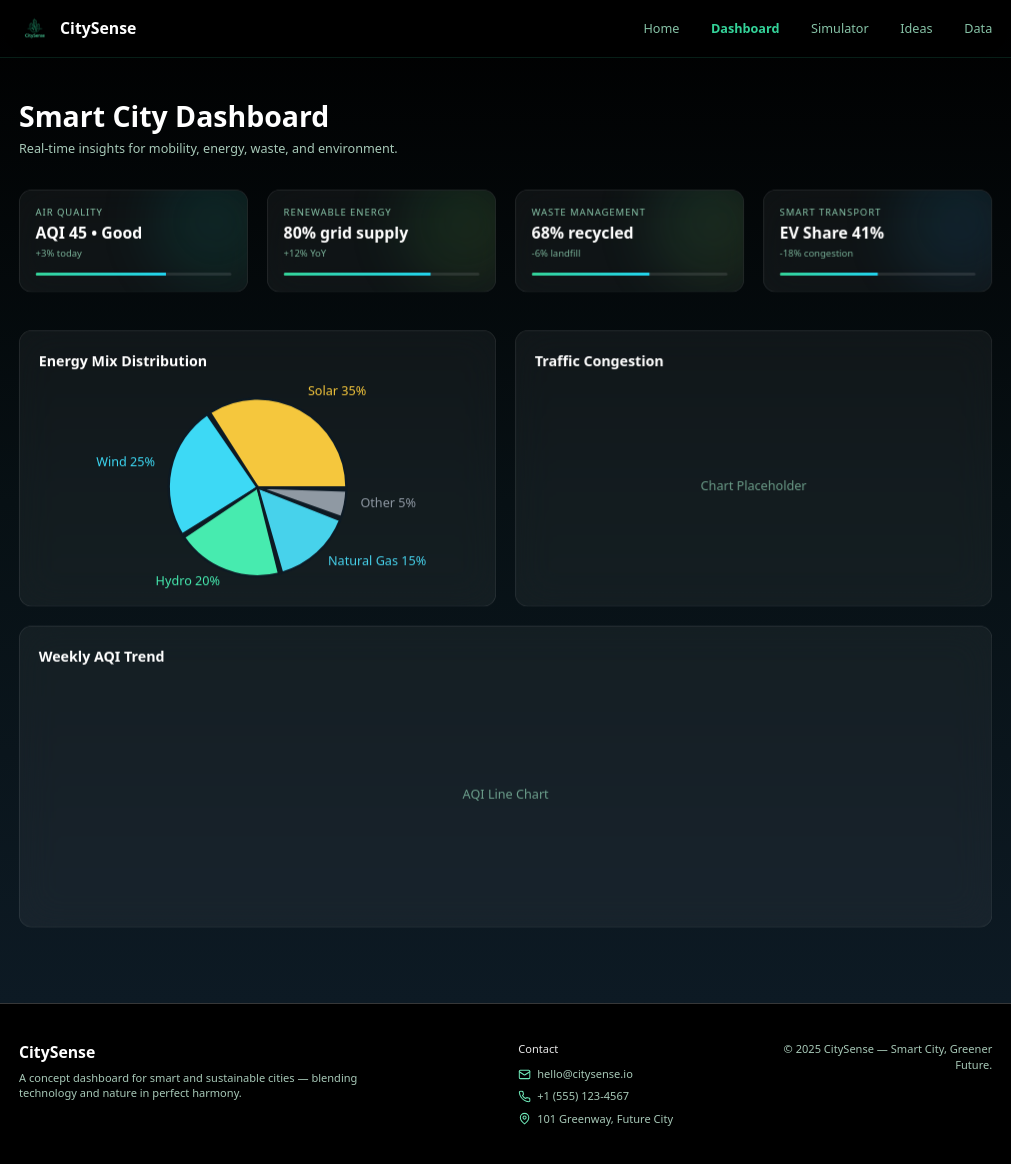
Repository: crashyet/CitySense
Page: /dashboard
The author's editor kept a copy of each file at every save. The page is drawn from the files as they stood at one save, then again after the next save.
The browser window is 1280 px wide. The pictures show the whole page, at 79% of full size.
The project was rebuilt for these pictures with package versions that can differ from the ones it lists, and the page was loaded fresh each time. Also part of the build but not shown: vite.config.js, src/pages/landing/Hero.jsx, src/pages/landing/DashboardPreview.jsx, src/pages/landing/Infographic.jsx, src/pages/landing/Community.jsx, src/pages/landing/index.jsx, src/pages/Simulator/index.jsx, src/pages/Ideas/index.jsx and 1 more.

Above is the page before, as saved 2025-11-16 23:15:56.

### src/App.jsx
import { Routes, Route } from "react-router-dom";

import Landing from "./pages/landing";
import Dashboard from "./pages/Dashboardpack";
import Simulator from "./pages/Simulator";
import Ideas from "./pages/Ideas";
import DataPage from "./pages/Data";

export default function App() {
  return (
    <Routes>
      <Route path="/" element={<Landing />} />
      <Route path="/dashboard" element={<Dashboard />} />
      <Route path="/simulator" element={<Simulator />} />
      <Route path="/ideas" element={<Ideas />} />
      <Route path="/data" element={<DataPage />} />
    </Routes>
  );
}

### src/pages/Dashboardpack/index.jsx
import Navbar from "../../components/Navbar";
import Footer from "../../components/Footer";
import EnergyPieChart from "../../components/EnergyPieChart";

export default function Dashboardpack() {
  return (
    <>
      <Navbar />

      <div className="relative w-full bg-gradient-to-b from-black via-[#071014] to-[#0d1a24] text-white pb-24 pt-32">
        <div className="mx-auto max-w-7xl px-6">

          {/* Header */}
          <div className="mb-10">
            <h1 className="text-3xl md:text-4xl font-semibold">Smart City Dashboard</h1>
            <p className="text-emerald-100/80 mt-2">
              Real-time insights for mobility, energy, waste, and environment.
            </p>
          </div>

          {/* Top Stats */}
          <div className="grid grid-cols-1 md:grid-cols-2 lg:grid-cols-4 gap-6 mb-12">

            {/* CARD 1 */}
            <div className="group relative overflow-hidden rounded-2xl border border-white/10 bg-white/5 p-5 backdrop-blur-xl transition hover:border-emerald-300/40">
              <div className="absolute -right-10 -top-10 h-40 w-40 rounded-full bg-gradient-to-br
              from-cyan-500/30 to-emerald-500/30 opacity-40 blur-2xl" />

              <div className="relative">
                <p className="text-xs uppercase tracking-widest text-emerald-200/80">Air Quality</p>
                <p className="mt-1 text-xl font-semibold">AQI 45 • Good</p>
                <p className="text-xs text-emerald-200/70 mt-1">+3% today</p>
                <div className="mt-4 h-1 w-full bg-white/10 rounded-full overflow-hidden">
                  <div className="h-full w-2/3 bg-gradient-to-r from-emerald-400 to-cyan-400"></div>
                </div>
              </div>
            </div>

            {/* CARD 2 */}
            <div className="group relative overflow-hidden rounded-2xl border border-white/10 bg-white/5 p-5 backdrop-blur-xl transition hover:border-emerald-300/40">
              <div className="absolute -right-10 -top-10 h-40 w-40 rounded-full bg-gradient-to-br
              from-emerald-500/30 to-lime-400/30 opacity-40 blur-2xl" />

              <div className="relative">
                <p className="text-xs uppercase tracking-widest text-emerald-200/80">Renewable Energy</p>
                <p className="mt-1 text-xl font-semibold">80% grid supply</p>
                <p className="text-xs text-emerald-200/70 mt-1">+12% YoY</p>
                <div className="mt-4 h-1 w-full bg-white/10 rounded-full overflow-hidden">
                  <div className="h-full w-3/4 bg-gradient-to-r from-emerald-400 to-cyan-400"></div>
                </div>
              </div>
            </div>

            {/* CARD 3 */}
            <div className="group relative overflow-hidden rounded-2xl border border-white/10 bg-white/5 p-5 backdrop-blur-xl transition hover:border-emerald-300/40">
              <div className="absolute -right-10 -top-10 h-40 w-40 rounded-full bg-gradient-to-br
              from-teal-400/30 to-lime-400/30 opacity-40 blur-2xl" />

              <div className="relative">
                <p className="text-xs uppercase tracking-widest text-emerald-200/80">Waste Management</p>
                <p className="mt-1 text-xl font-semibold">68% recycled</p>
                <p className="text-xs text-emerald-200/70 mt-1">-6% landfill</p>
                <div className="mt-4 h-1 w-full bg-white/10 rounded-full overflow-hidden">
                  <div className="h-full w-3/5 bg-gradient-to-r from-emerald-400 to-cyan-400"></div>
                </div>
              </div>
            </div>

            {/* CARD 4 */}
            <div className="group relative overflow-hidden rounded-2xl border border-white/10 bg-white/5 p-5 backdrop-blur-xl transition hover:border-emerald-300/40">
              <div className="absolute -right-10 -top-10 h-40 w-40 rounded-full bg-gradient-to-br
              from-cyan-500/30 to-blue-500/30 opacity-40 blur-2xl" />

              <div className="relative">
                <p className="text-xs uppercase tracking-widest text-emerald-200/80">Smart Transport</p>
                <p className="mt-1 text-xl font-semibold">EV Share 41%</p>
                <p className="text-xs text-emerald-200/70 mt-1">-18% congestion</p>
                <div className="mt-4 h-1 w-full bg-white/10 rounded-full overflow-hidden">
                  <div className="h-full w-1/2 bg-gradient-to-r from-emerald-400 to-cyan-400"></div>
                </div>
              </div>
            </div>
          </div>

          {/* 2 Column Charts */}
          <div className="grid grid-cols-1 md:grid-cols-2 gap-6">

            {/* ENERGY DISTRIBUTION */}
            <div className="rounded-2xl border border-white/10 bg-white/5 p-6 backdrop-blur-xl md:col-span-1">
              <h3 className="text-lg font-semibold mb-4">Energy Mix Distribution</h3>

              <div className="h-64">
                <EnergyPieChart />
              </div>
            </div>

            {/* TRAFFIC */}
            <div className="rounded-2xl border border-white/10 bg-white/5 p-6 backdrop-blur-xl">
              <h3 className="text-lg font-semibold mb-4">Traffic Congestion</h3>
              <div className="h-64 flex items-center justify-center text-emerald-200/60">
                Chart Placeholder
              </div>
            </div>

            {/* WEEKLY AQI */}
            <div className="rounded-2xl border border-white/10 bg-white/5 p-6 backdrop-blur-xl md:col-span-2">
              <h3 className="text-lg font-semibold mb-4">Weekly AQI Trend</h3>
              <div className="h-72 flex items-center justify-center text-emerald-200/60">
                AQI Line Chart
              </div>
            </div>

          </div>
        </div>
      </div>

      <Footer />
    </>
  );
}

### src/components/Navbar.jsx
import { NavLink } from "react-router-dom";
import { useState } from "react";
import Logo from "../assets/logo.png"; // sesuaikan path logo

export default function Navbar() {
  const [open, setOpen] = useState(false);

  const linkClass = ({ isActive }) =>
    isActive
      ? "text-emerald-400 font-semibold"
      : "text-emerald-200/80 hover:text-white";

  return (
    <header className="fixed w-full z-50 bg-black/40 backdrop-blur-xl border-b border-emerald-400/20 px-6 py-4">
      <div className="max-w-7xl mx-auto flex justify-between items-center">

        {/* LOGO */}
        <NavLink to="/" className="flex items-center gap-3">
          <img src={Logo} className="w-10 h-10" />
          <span className="text-xl text-white font-semibold">CitySense</span>
        </NavLink>

        {/* DESKTOP NAV */}
        <nav className="hidden md:flex gap-10">
          <NavLink to="/" className={linkClass}>Home</NavLink>
          <NavLink to="/dashboard" className={linkClass}>Dashboard</NavLink>
          <NavLink to="/simulator" className={linkClass}>Simulator</NavLink>
          <NavLink to="/ideas" className={linkClass}>Ideas</NavLink>
          <NavLink to="/data" className={linkClass}>Data</NavLink>
        </nav>

        {/* MOBILE BUTTON */}
        <button className="md:hidden text-white" onClick={() => setOpen(!open)}>
          {open ? "✖" : "☰"}
        </button>
      </div>

      {/* MOBILE NAV */}
      {open && (
        <div className="md:hidden bg-black/60 backdrop-blur-lg px-6 pb-4 flex flex-col gap-3">
          <NavLink onClick={() => setOpen(false)} to="/" className="text-white">Home</NavLink>
          <NavLink onClick={() => setOpen(false)} to="/dashboard" className="text-white">Dashboard</NavLink>
          <NavLink onClick={() => setOpen(false)} to="/simulator" className="text-white">Simulator</NavLink>
          <NavLink onClick={() => setOpen(false)} to="/ideas" className="text-white">Ideas</NavLink>
          <NavLink onClick={() => setOpen(false)} to="/data" className="text-white">Data</NavLink>
        </div>
      )}
    </header>
  );
}

### src/components/Footer.jsx
import React from "react";

const Footer = () => {
  return (
    <footer id="contact" className="relative w-full bg-black text-white">
      <div className="mx-auto max-w-7xl px-6 py-12">

        <div className="grid grid-cols-1 gap-8 md:grid-cols-4">

          {/* Brand */}
          <div className="col-span-2">
            <h4 className="text-xl font-semibold">CitySense</h4>
            <p className="mt-2 max-w-md text-sm text-emerald-100/80">
              A concept dashboard for smart and sustainable cities — blending
              technology and nature in perfect harmony.
            </p>
          </div>

          {/* Contact */}
          <div>
            <p className="text-sm font-medium text-white/90">Contact</p>
            <ul className="mt-3 space-y-2 text-sm text-emerald-100/80">

              <li className="flex items-center gap-2">
                <svg xmlns="http://www.w3.org/2000/svg" width="24" height="24"
                  viewBox="0 0 24 24" fill="none" stroke="currentColor"
                  strokeWidth="2" strokeLinecap="round" strokeLinejoin="round"
                  className="lucide lucide-mail h-4 w-4 text-emerald-300">
                  <rect width="20" height="16" x="2" y="4" rx="2"></rect>
                  <path d="m22 7-8.97 5.7a1.94 1.94 0 0 1-2.06
                    0L2 7"></path>
                </svg>
                hello@citysense.io
              </li>

              <li className="flex items-center gap-2">
                <svg xmlns="http://www.w3.org/2000/svg" width="24" height="24"
                  viewBox="0 0 24 24" fill="none" stroke="currentColor"
                  strokeWidth="2" strokeLinecap="round" strokeLinejoin="round"
                  className="lucide lucide-phone h-4 w-4 text-emerald-300">
                  <path d="M22 16.92v3a2 2 0 0 1-2.18
                    2 19.79 19.79 0 0 1-8.63-3.07 19.5
                    19.5 0 0 1-6-6 19.79 19.79 0 0
                    1-3.07-8.67A2 2 0 0 1 4.11 2h3a2
                    2 0 0 1 2 1.72 12.84 12.84 0 0
                    0 .7 2.81 2 2 0 0 1-.45
                    2.11L8.09 9.91a16 16 0 0 0 6
                    6l1.27-1.27a2 2 0 0 1 2.11-.45
                    12.84 12.84 0 0 0 2.81.7A2
                    2 0 0 1 22 16.92z"></path>
                </svg>
                +1 (555) 123-4567
              </li>

              <li className="flex items-center gap-2">
                <svg xmlns="http://www.w3.org/2000/svg" width="24" height="24"
                  viewBox="0 0 24 24" fill="none" stroke="currentColor"
                  strokeWidth="2" strokeLinecap="round" strokeLinejoin="round"
                  className="lucide lucide-map-pin h-4 w-4 text-emerald-300">
                  <path d="M20 10c0 6-8 12-8
                    12s-8-6-8-12a8 8 0 0 1
                    16 0Z"></path>
                  <circle cx="12" cy="10" r="3"></circle>
                </svg>
                101 Greenway, Future City
              </li>

            </ul>
          </div>

          {/* Copyright */}
          <div className="md:text-right">
            <p className="text-sm text-emerald-100/80">
              © 2025 CitySense — Smart City, Greener Future.
            </p>
          </div>

        </div>
      </div>
    </footer>
  );
};

export default Footer;

### src/components/EnergyPieChart.jsx
import { PieChart, Pie, Cell, Tooltip, ResponsiveContainer } from "recharts";

const data = [
  { name: "Solar", value: 35, color: "hsl(45 90% 60%)" },
  { name: "Wind", value: 25, color: "hsl(189 90% 60%)" },
  { name: "Hydro", value: 20, color: "hsl(158 80% 60%)" },
  { name: "Natural Gas", value: 15, color: "hsl(189 80% 60%)" },
  { name: "Other", value: 5, color: "hsl(210 10% 60%)" },
];

export default function EnergyPieChart() {
  return (
    <div className="w-full h-[260px] flex items-center justify-center">
      <ResponsiveContainer width="100%" height="100%">
        <PieChart>
          <Pie
            data={data}
            dataKey="value"
            nameKey="name"
            cx="50%"
            cy="50%"
            outerRadius="90%"
            stroke="#0d1a24"     // darker outline → modern look
            strokeWidth={3}
            paddingAngle={2}     // spacing antar sektor (lebih elegan)
            label={({ name, value }) => `${name} ${value}%`}
            labelLine={false}    // tanpa garis — lebih bersih
          >
            {data.map((entry, index) => (
              <Cell key={index} fill={entry.color} />
            ))}
          </Pie>

          {/* Tooltip modern dengan glassmorphism */}
          <Tooltip
            contentStyle={{
              background: "rgba(0,0,0,0.4)",
              border: "1px solid rgba(255,255,255,0.15)",
              backdropFilter: "blur(6px)",
              color: "#fff",
              borderRadius: "10px",
              padding: "8px 12px",
              fontSize: "14px",
            }}
            itemStyle={{ color: "#fff" }}
          />
        </PieChart>
      </ResponsiveContainer>
    </div>
  );
}

Loaded but not shown: index.html (common file); src/main.jsx (common file); src/index.css (common file); tailwind.config.js (common file)

After the next save:
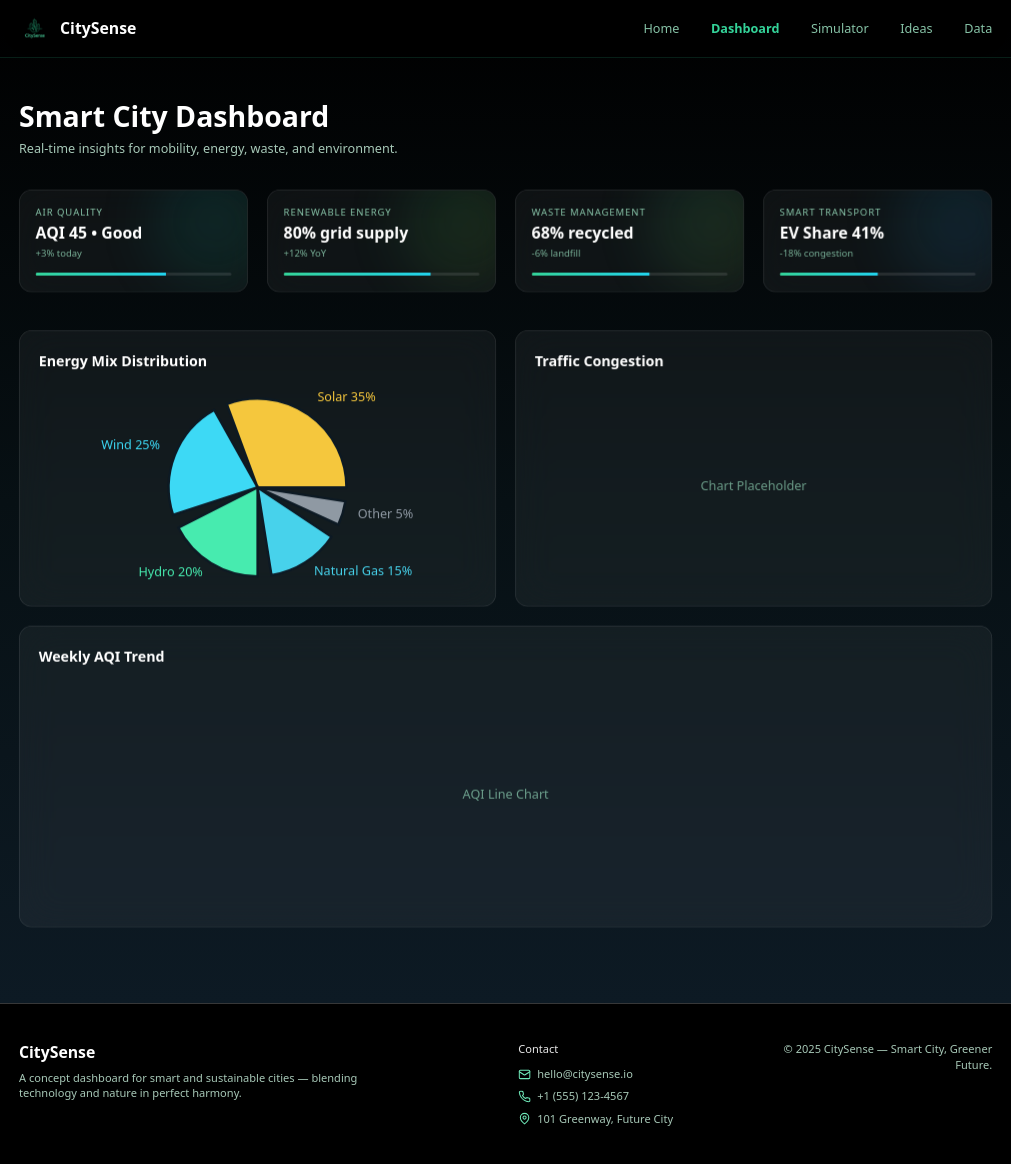
Saved 17 s later.
--- a/src/components/EnergyPieChart.jsx
+++ b/src/components/EnergyPieChart.jsx
@@ -22,7 +22,7 @@ export default function EnergyPieChart() {
             outerRadius="90%"
             stroke="#0d1a24"     // darker outline → modern look
             strokeWidth={3}
-            paddingAngle={2}     // spacing antar sektor (lebih elegan)
+            paddingAngle={9}     // spacing antar sektor (lebih elegan)
             label={({ name, value }) => `${name} ${value}%`}
             labelLine={false}    // tanpa garis — lebih bersih
           >
